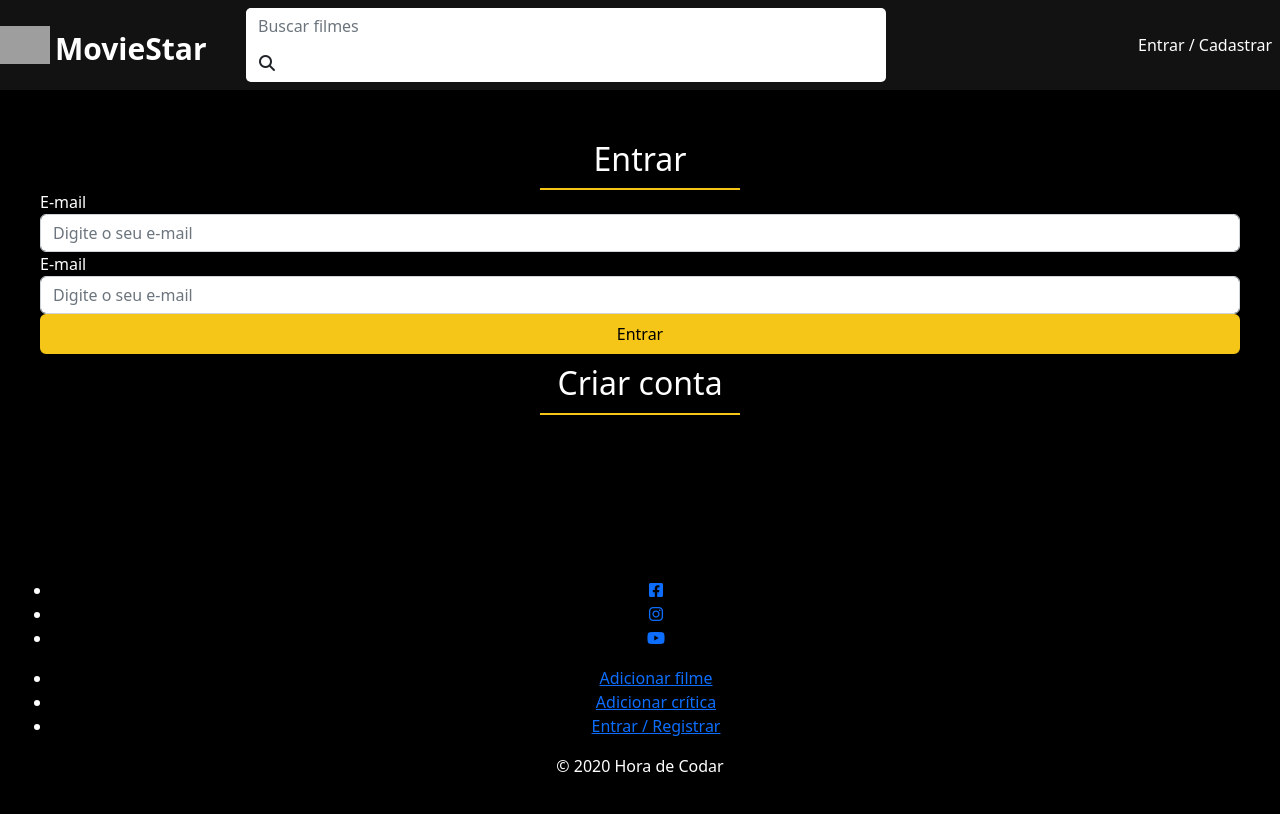
Repository: YuriSarmanho/PHPcourse
Page: http://localhost/auth.php
The author's editor kept a copy of each file at every save. The page is drawn from the files as they stood at one save, then again after the next save.
The browser window is 1280 px wide. The pictures show the whole page.
Pictures or frames that could not be fetched are drawn as grey boxes. Some web libraries are served in a nearby version. The page is run by PHP 8.4 with error messages shown; the project is at /var/www/html/.

Above is the page before, as saved 2022-08-28 21:04:00.

### 19_movieStar/auth.php
<?php
    require_once("templates/header.php");
?>

<div id="main-container" class="container-fluid">
    <div class="col-md-12">
        <div class="row" id="auth-row">
            <div class="col-md-4" id="login-container">
                <h2>Entrar</h2>
            </div>
            <form action="" method="POST">
                <input type="hidden" name="type" value="login">
                <div class="form-group">
                    <label for="email">E-mail</label>
                    <input type="email" class="form-control" id="email" name="email" placeholder="Digite o seu e-mail">
                </div>
                <div class="form-group">
                    <label for="email">E-mail</label>
                    <input type="email" class="form-control" id="email" name="email" placeholder="Digite o seu e-mail">
                </div>
                <input type="submit" class="btn card-btn" value="Entrar">
            </form>

            <div class="col-md-4" id="register-container">
                <h2>Criar conta</h2>
                <form action="" method="POST">
                    <input type="hidden" name="type" value="register">
                </form>
            </div>

        </div>
    </div>
</div>

<?php
    require_once("templates/footer.php");
?>

### 19_movieStar/templates/header.php
<?php
    require_once("globals.php");
    require_once("db.php");

    $flassMessage = [];
?>

<!DOCTYPE html>
<html lang="en">
<head>
    <meta charset="UTF-8">
    <meta http-equiv="X-UA-Compatible" content="IE=edge">
    <meta name="viewport" content="width=device-width, initial-scale=1.0">
    <title>MovieStar</title>
    <link rel="short icon" href="<?=$BASE_URL?>img/moviestar.ico">
    <!-- Bootstrap -->
    <link rel="stylesheet" href="https://cdnjs.cloudflare.com/ajax/libs/twitter-bootstrap/5.2.0/css/bootstrap.css" integrity="sha512-h1rwF0uB6r2IuEZcyjPrR53bBKN9Wb4yL+w3Rdlzmc3CkBF1gMSFvQIIstnu4bEtYDaKca5ke5S8UBAACRImyg==" crossorigin="anonymous" referrerpolicy="no-referrer" />
    <!-- Font Awesome-->
    <link rel="stylesheet" href="https://cdnjs.cloudflare.com/ajax/libs/font-awesome/6.1.2/css/all.min.css" integrity="sha512-1sCRPdkRXhBV2PBLUdRb4tMg1w2YPf37qatUFeS7zlBy7jJI8Lf4VHwWfZZfpXtYSLy85pkm9GaYVYMfw5BC1A==" crossorigin="anonymous" referrerpolicy="no-referrer" />
    <!-- CSS do projeto -->
    <link rel="stylesheet" href="<?=$BASE_URL?> css/styles.css">
</head>
<body>
    <header>
        <nav id="main-navbar" class="navbar navbar-expand-lg">
            <a href="<?=$BASE_URL?>" class="navbar-brand">
                <img src="<?$BASE_URL?>img/logo.svg" alt="MovieStar" id="logo">
                <spam id="moviestar-title">MovieStar</spam>
            </a>
            <button class="navbar-toggler" type="button" data-toggler="collapse"
            data-target="#navbar" aria-controls="navbar" aria-expanded="false" aria-label="Toggle
            navgation">
                <i class="fas fa-bars"></i>
            </button>
            <form action="" method="GET" id="search-form" class="form-inline my-2 my-lg-0">
                <input type="text" name="q" id="search" class="form-control mr-sm-2" type="search"
                placeholder="Buscar filmes" aria-label="Search">
                <button class="btn my-2 my-sm-0" type="submit">
                    <i class="fas fa-search"></i>
                </button>
            </form>
            <div class="collapse navbar-collapse" id="navbar">
                <ul class="navbar-nav">
                    <li class="nav-item">
                        <a href="<?=$BASE_URL?>auth.php" class="nav-link">Entrar / Cadastrar</a>
                    </li>
                </ul>
            </div>
        </nav>
    </header>
    <?php if(!empty($flassMessage["msg"])):?>
        <div class="msg-container">
            <p class="msg <?=$flassMessage["type"]?>"><?=$flassMessage["msg"]?></p>
        </div>
    <?php endif; ?>

### 19_movieStar/globals.php
<?php
    session_start();

    $BASE_URL = "http://" . $_SERVER["SERVER_NAME"] . dirname($_SERVER["REQUEST_URI"]."?");

### 19_movieStar/db.php
<?php

    $db_name = "moviestar";
    $db_host = "localhost";
    $db_user = "root";
    $db_pass = "";

    $conn = new PDO("mysql:dbname=".$db_name .";host=". $db_host, $db_user, $db_pass);

    $conn->setAttribute(PDO::ATTR_ERRMODE, PDO::ERRMODE_EXCEPTION);
    $conn->setAttribute(PDO::ATTR_EMULATE_PREPARES,false);

### 19_movieStar/templates/footer.php
<footer id="footer">
        <div class="social-container">
            <ul>
                <li>
                    <a href="#"><i class="fab fa-facebook-square"></i></a>
                </li>
                <li>
                    <a href="#"><i class="fab fa-instagram"></i></a>
                </li>
                <li>
                    <a href="#"><i class="fab fa-youtube"></i></a>
                </li>
            </ul>
        </div>
        <div class="footer-links-container">
            <ul>
                <li><a href="#">Adicionar filme</a></li>
                <li><a href="#">Adicionar crítica</a></li>
                <li><a href="#">Entrar / Registrar</a></li>
            </ul>
        </div>
        <p>&copy; 2020 Hora de Codar</p>
    </footer>

<!-- Bootstrap JS-->
    <script src="https://cdnjs.cloudflare.com/ajax/libs/twitter-bootstrap/5.2.0/js/bootstrap.js" integrity="sha512-39Q5Yw4jtWPVkYu5Dry3HiRh6DWG4FDODb/rHF+X2Xp0kzhg9VgTyYV209uQ/EsqPDP/4dDvwm1rb8JgnAkHNg==" crossorigin="anonymous" referrerpolicy="no-referrer"></script>
    <script src="https://cdnjs.cloudflare.com/ajax/libs/jquery/3.6.0/jquery.min.js" integrity="sha512-894YE6QWD5I59HgZOGReFYm4dnWc1Qt5NtvYSaNcOP+u1T9qYdvdihz0PPSiiqn/+/3e7Jo4EaG7TubfWGUrMQ==" crossorigin="anonymous" referrerpolicy="no-referrer"></script>
</body>
</html>

### 19_movieStar/css/styles.css
/* Navbar */
.navbar-brand {
  position: relative;
}

#logo {
  width: 50px;
}

#moviestar-title {
  color: #FFF;
  position: absolute;
  bottom: -2px;
  font-size: 30px;
  left: 55px;
  font-weight: bold;
}

#main-navbar {
  background-color: #121212;
}

#search-form {
  margin: 0 auto;
  background-color: #FFF;
  border-radius: 5px;
  width: 50%;
  margin-left: 180px;
}

#search-form .form-control {
  border: none;
  width: 90%;
  box-shadow: none;
}

#navbar {
  min-width: 30%;
}

.navbar-nav {
  justify-content: flex-end;
  width: 100%;
}

.navbar-nav .nav-item .nav-link {
  color: #FFF;
  transition: .5s;
}

.navbar-nav .nav-item .nav-link:hover {
  color: #999;
}

.bold {
  font-weight: bold;
}

.msg-container {
  background-color: #000;
  padding: 15px;
}

.msg {
  width: 60%;
  margin: 0 auto;
  padding: 10px;
  border: solid 1px #000;
  text-align: center;
}

.msg.error {
  color: #842029;
  background-color: #F8D7DA;
  border-color: #F5C2C7;
}

.msg.success {
  color: #0F5132;
  background-color: #D1E7DD;
  border-color: #BADBCC;
}

/* Home */
#main-container {
  background-color: #000;
  color: #FFF;
  min-height: 65vh;
  padding: 40px;
}

.section-title {
  font-size: 24px;
  border-left: 4px solid #F5C518;
  padding-left: 12px;
  margin-top: 20px;
}

.section-description {
  color: #CCC;
  font-size: 18px;
}

.movies-container {
  display: flex;
  flex-wrap: wrap;
  margin: 0 -15px;
}

.movie-card {
  background-color: #1A1A1A;
  width: 18%;
  margin-bottom: 30px;
  margin-left: 1%;
  margin-right: 1%;
}

.movie-card .card-img-top {
  height: 300px;
  width: 100%;
  background-size: cover;
  background-position: center;
}

.card-title {
  height: 3rem;
}

.card-title a {
  font-size: 16px;
  color: #FFF;
}

.fas.fa-star {
  color: #F5C518;
}

.rating {
  color: #CCC;
}

.rate-btn {
  margin-bottom: 15px;
  color: #5799EF;
  background-color: #333;
  border-color: #333;
  width: 100%;
  font-weight: bold;
}

.rate-btn:hover {
  background-color: #444;
  border-color: #444;
}

.empty-list {
  text-align: center;
  font-size: 18px;
  width: 100%;
  font-weight: bold;
}

/* Login / Register */
#auth-row {
  justify-content: space-evenly;
}

#login-container h2,
#register-container h2 {
  text-align: center;
  border-bottom: 2px solid #F5C518;
  width: 200px;
  margin: 0 auto;
  padding: 10px;
}

#login-container form,
#register-container form {
  max-width: 400px;
  margin: 30px auto;
}

.card-btn {
  color: #000;
  background-color: #F5C518;
  border: 2px solid #F5C518;
  width: 100%;
}

.card-btn:hover {
  background-color: transparent;
  color: #F5C518;
  border-color: #F5C518;
}

/* Edit Profile */
#profile-image-container,
.profile-image-container {
  width: 150px;
  height: 150px;
  border: 6px solid #F5C518;
  border-radius: 100%;
  background-size: cover;
  background-position: center;
  margin: 15px auto;
}

.profile-image-container {
  width: 70px;
  height: 70px;
}

.page-description {
  color: #999;
}

#bio {
  max-width: 400px;
}

.form-control.disabled {
  background-color: #BBB;
}

#change-password-container {
  margin-top: 30px;
}

.edit-profile-page .card-btn,
#add-movie-container .card-btn,
#review-form .card-btn,
#edit-movie-form .card-btn {
  width: auto;
}

/* Profile */
.profile-container {
  justify-content: center;
}

.profile-container .profile-image {
  margin: 20px auto;
}

.about-title {
  color: #CCC;
}

.profile-description {
  max-width: 500px;
  margin: 20px auto;
}

.added-movies-container,
.about-container {
  padding-top: 20px;
}

.about-container {
  text-align: center;
  background-color: #333;
  border-bottom: 3px solid #CCC;
}

.added-movies-container {
  background-color: #333;
}

.added-movies-container .movies-container {
  padding: 20px;
}

.added-movies-container .movie-card {
  width: 31%;
}

/* New Movie */
.new-movie-container {
  text-align: center;
}

#add-movie-form {
  text-align: left;
}

.movie-image-container {
  height: 400px;
  min-width: 200px;
  background-position: center;
  background-size: cover;
}

.page-title:after {
  content: "";
  width: 300px;
  border-bottom: 2px solid #F5C518;
  display: block;
  margin: 0 auto;
  padding-top: 7px;
}

/* Movie */
.movie-container {
  text-align: center;
}

.movie-details {
  margin: 25px 0;
}

.pipe {
  border: 1px solid #333;
  margin: 0 10px;
}

#reviews-title {
  margin-bottom: 25px;
}

#review-form-container {
  background-color: #333;
  padding: 20px;
}

#review-form-container select,
#review-form-container textarea {
  width: 50%;
}

#reviews-container {
  margin-top: 20px;
  padding-top: 20px;
  border-top: 4px solid #F5C518;
}

.review {
  padding: 20px 0;
  border-bottom: 1px solid #333;
}

.author-details-container {
  padding-top: 20px;
}

.author-name a {
  color: #F5C518;
}

.comment-title {
  color: #999;
}

/* Dashboard */
#add-movie-container {
  text-align: right;
}

#movies-dashboard .table {
  color: #FFF;
}

#movies-dashboard .table th {
  border-top: none;
}

#movies-dashboard .table tr {
  padding: 15px 0;
}

.table-movie-title {
  color: #FFF;
  font-weight: bold;
  transition: .5s;
}

.table-movie-title:hover {
  color: #F5C518;
}

.actions-column {
  max-width: 75px;
  text-align: center;
}

.actions-column form {
  display: inline-block;
}

.edit-btn,
.delete-btn {
  padding: 5px 10px;
  border-radius: 5px;
  margin: 0 5px;
  font-weight: bold;
  transition: .5s;
  border: none;
}

.edit-btn {
  background-color: #0DCAF0;
  color: #FFF;
}

.edit-btn:hover {
  background-color: transparent;
  color: #0DCAF0;
  text-decoration: none;
}

.delete-btn {
  background-color: #DC3545;
  color: #FFF;
}

.delete-btn:hover {
  background-color: transparent;
  color: #DC3545;
  text-decoration: none;
}

/* Search */
#search-title {
  font-size: 40px;
}

#search-result,
.back-link {
  color: #F5C518;
}

/* Footer */
#footer {
  background-color: #000;
  color: #FFF;
  text-align: center;
  margin: 0;
  padding: 20px;
}

#social-container ul,
#footer-links-container ul {
  list-style-type: none;
  padding: 0;
}

#social-container li,
#footer-links-container li {
  display: inline-block;
  margin: 0 20px;
}

#social-container li {
  height: 40px;
  width: 40px;
  border-radius: 100%;
  transition: .5s;
  line-height: 3;
}

#social-container li:hover {
  background-color: #333;
}

#social-container a,
#footer-links-container a {
  color: #FFF;
  transition: .5s;
}

#social-container li i {
  font-size: 25px;
}

#footer-links-container {
  margin: 30px 0;
}

/* Responsivo */
@media(max-width: 450px) {

  #main-container {
    padding: 20px;
  }

  /* Home */
  #search-form {
    width: 100%;
    margin-left: 0;
  }

  #search-form .form-control {
    width: 85%;
  }

  .section-title {
    font-size: 2.2rem;
    margin-bottom: 1rem;
  }

  .movies-container {
    padding: 0 15px;
  }

  .movie-card {
    width: 100%;
  }

  .movie-details {
    display: flex;
    flex-direction: column;
  }

  .movie-details span {
    padding-bottom: 8px;
  }

  .pipe {
    display: none;
  }

  .movie-container iframe {
    max-width: 100% !important;
  }

  #reviews-container {
    padding-left: 0;
    padding-right: 0;
  }

  #review-form-container select,
  #review-form-container textarea {
    width: 100%;
  }

  .empty-list {
    margin-top: 20px;
  }

  .msg {
    width: 100%;
  }

  /* Movie */
  .review {
    padding: 0 15px;
  }

  /* Dashboard */
  #movies-dashboard {
    padding: 0;
  }

  .actions-column {
    width: 140px;
  }

  .edit-btn {
    display: block;
    margin-bottom: 10px;
  }

  /* Edit movie */
  .movie-image-container {
    margin-top: 1rem;
  }

  .fas.fa-bars {
    color: #F5C518;
  }

}

After the next save:
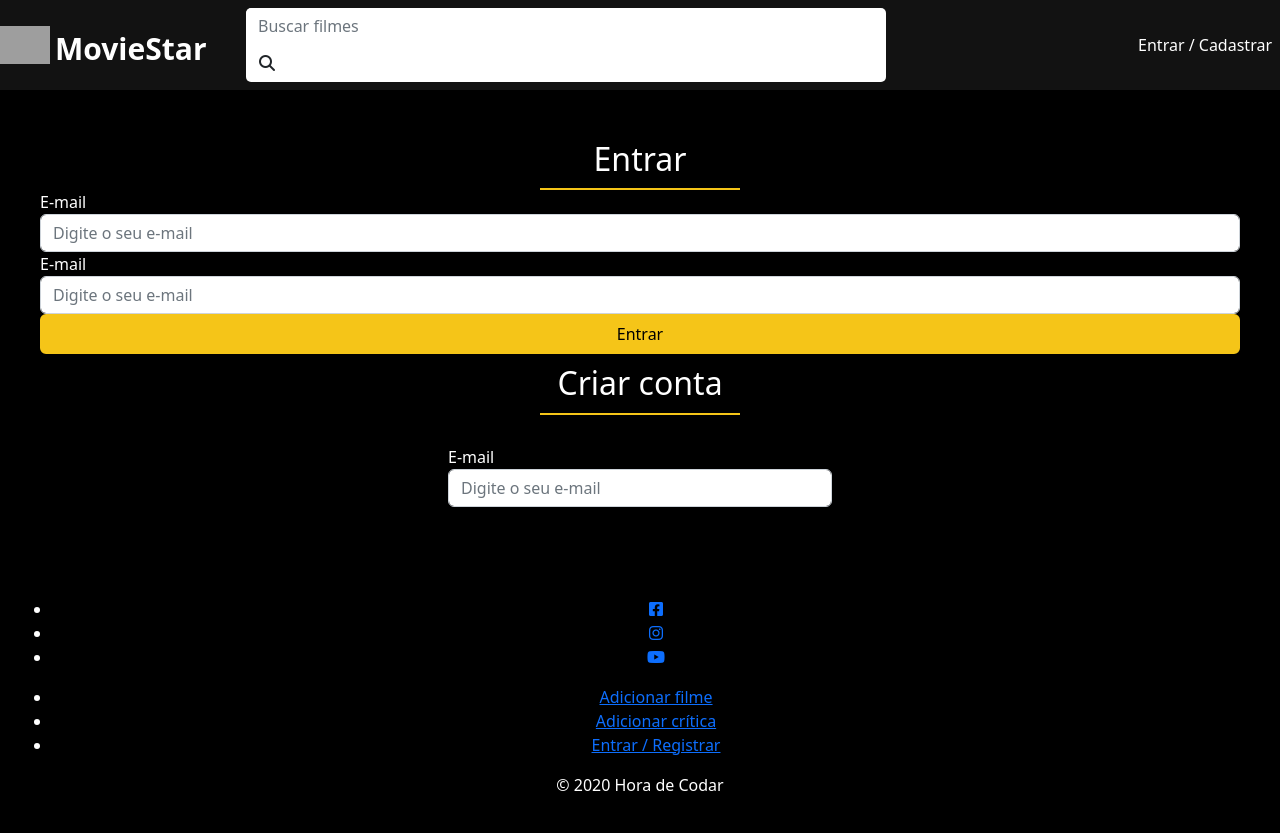
Saved 12 s later.
--- a/19_movieStar/auth.php
+++ b/19_movieStar/auth.php
@@ -25,6 +25,10 @@
                 <h2>Criar conta</h2>
                 <form action="" method="POST">
                     <input type="hidden" name="type" value="register">
+                    <div class="form-group">
+                    <label for="email">E-mail</label>
+                    <input type="email" class="form-control" id="email" name="email" placeholder="Digite o seu e-mail">
+                </div>
                 </form>
             </div>
 
